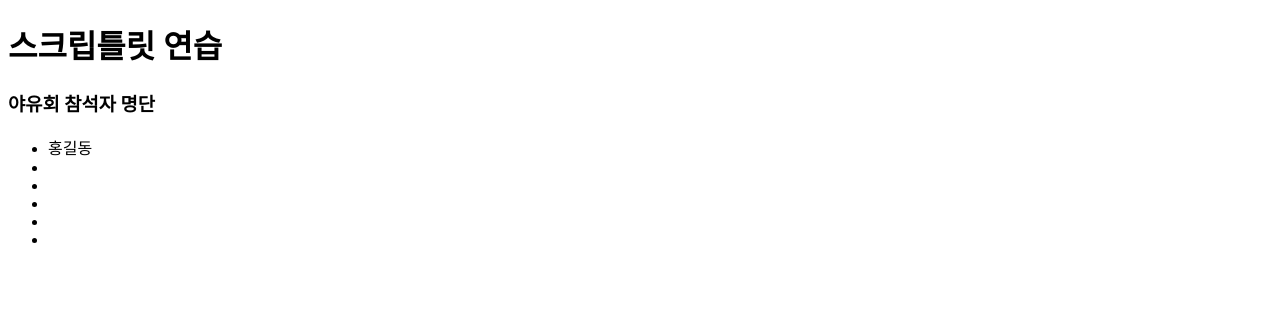
Repository: qwer1227/Jsp_study
Page: http://localhost/app/sample1.jsp
The author's editor kept a copy of each file at every save. The page is drawn from the files as they stood at one save, then again after the next save.
The browser window is 1280 px wide. The pictures show the whole page.
The page is served by Tomcat 9.

Above is the page before, as saved 2024-08-05 06:48:22.

After the next save:
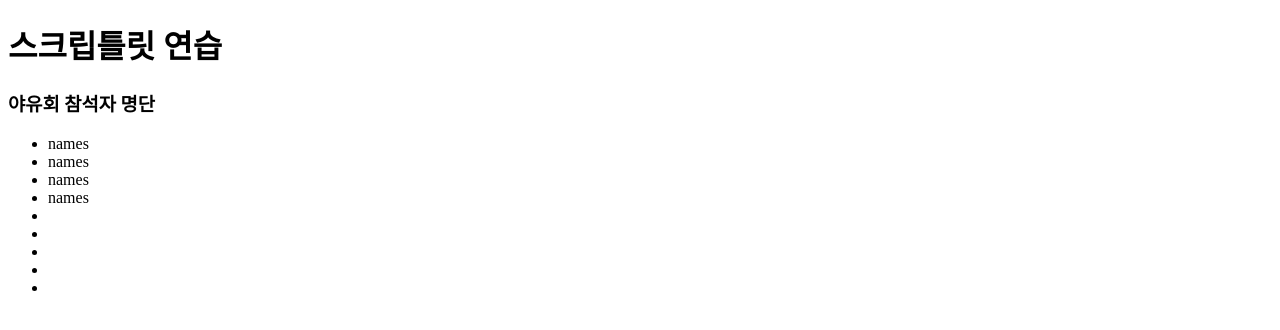
Saved 60 s later.
--- a/app/src/main/webapp/sample1.jsp
+++ b/app/src/main/webapp/sample1.jsp
@@ -19,7 +19,13 @@
 
 	<h3>야유회 참석자 명단</h3>
 	<ul>
-		<li>홍길동</li>
+<%
+	for(String name : names){
+%>
+		<li>names</li>
+<%
+	}
+%>
 		<li></li>
 		<li></li>
 		<li></li>
